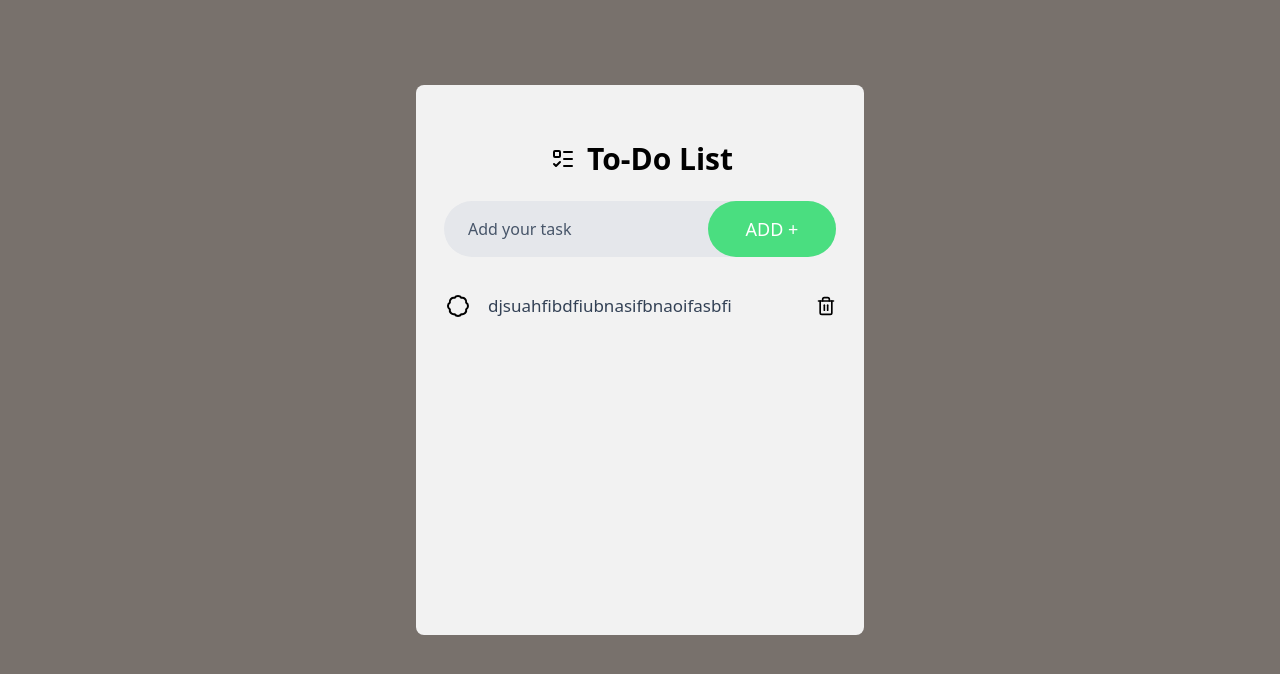
Repository: guilhermecardoso93/todolist-2025-tailwind
Page: /
An editor plug-in stored every save of this project. The page is shown before and after the next save, followed by the edit.
The browser window is 1280 px wide. The pictures show the whole page.
The project was rebuilt for these pictures with package versions that can differ from the ones it lists, and the page was loaded fresh each time. Also part of the build but not shown: vite.config.js.

Above is the page before, as saved 2024-11-07 20:15:09.

### index.html
<!doctype html>
<html lang="en">
  <head>
    <meta charset="UTF-8" />
    <meta name="viewport" content="width=device-width, initial-scale=1.0" />
    <title>ToDo List</title>
  </head>
  <body>
    <div id="root"></div>
    <script type="module" src="/src/main.jsx"></script>
  </body>
</html>

### src/App.jsx
import "./App.css";
import { ToDo } from "./components/ToDo";

export function App() {
  return (
    <div className="bg-stone-500 grid py-4 min-h-screen">
      <ToDo />
    </div>
  );
}

### src/components/ToDo.jsx
import { ListTodo } from "lucide-react";
import { Item } from "./Item";

export function ToDo() {
  return (
    <div className="bg-[#f2f2f2] place-self-center w-11/12 max-w-md flex flex-col p-7 min-h-[550px] rounded-lg gap-4">
      <div className="flex items-center mt-7 gap-2 flex flex-row justify-center">
        <ListTodo className="w-8" />
        <h1 className="text-3xl font-semibold">To-Do List</h1>
      </div>

      <div className="flex items-center my-2 bg-gray-200 rounded-full">
        <input
          type="text"
          placeholder="Add your task"
          className="bg-transparent border-0 outline-none flex-1 h-14 pl-6 pr-2 placeholder:text-slate-600"
        />
        <button className="border-none rounded-full bg-green-400 w-32 h-14 text-white text-lg font-medium cursor-pointer">
          ADD +
        </button>
      </div>
      <div className="">
        <Item />
      </div>
    </div>
  );
}

### src/components/Item.jsx
import { Badge, BadgeCheck, Trash2 } from "lucide-react";

export function Item() {
  return (
    <div className="flex items-center my-3 gap-2">
      <div className="flex flex-1 items-center cursor-pointer">
        <Badge className="w-7" />
        <p className="text-slate-700 ml-4 text-[17px]">
          djsuahfibdfiubnasifbnaoifasbfi
        </p>
      </div>
      <Trash2 className="hover:text-red-600 w-5 cursor-pointer" />
    </div>
  );
}

Loaded but not shown: src/main.jsx (common file); src/index.css (common file); tailwind.config.js (common file); src/App.css (no stored copy; drawn as an empty file)

After the next save:
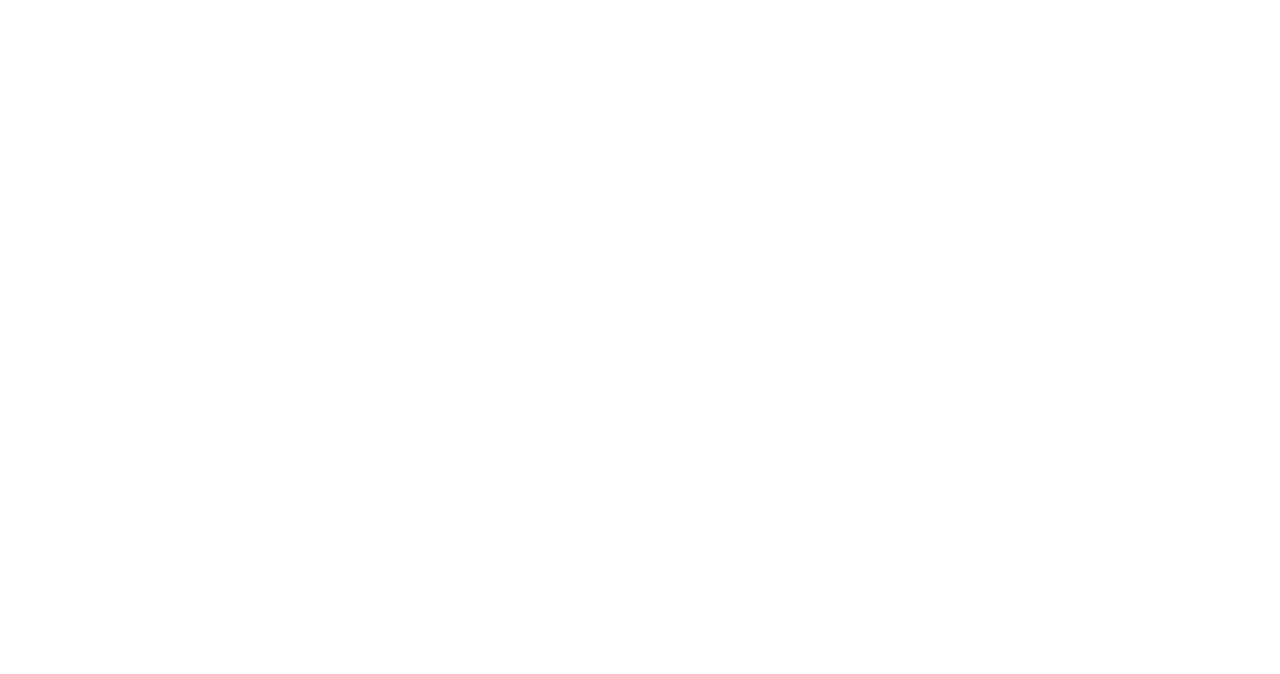
Console error: ReferenceError: text is not defined
Saved 30 s later.
--- a/src/components/Item.jsx
+++ b/src/components/Item.jsx
@@ -6,7 +6,7 @@
       <div className="flex flex-1 items-center cursor-pointer">
         <Badge className="w-7" />
         <p className="text-slate-700 ml-4 text-[17px]">
-          djsuahfibdfiubnasifbnaoifasbfi
+          {text}
         </p>
       </div>
       <Trash2 className="hover:text-red-600 w-5 cursor-pointer" />

After the save that followed:
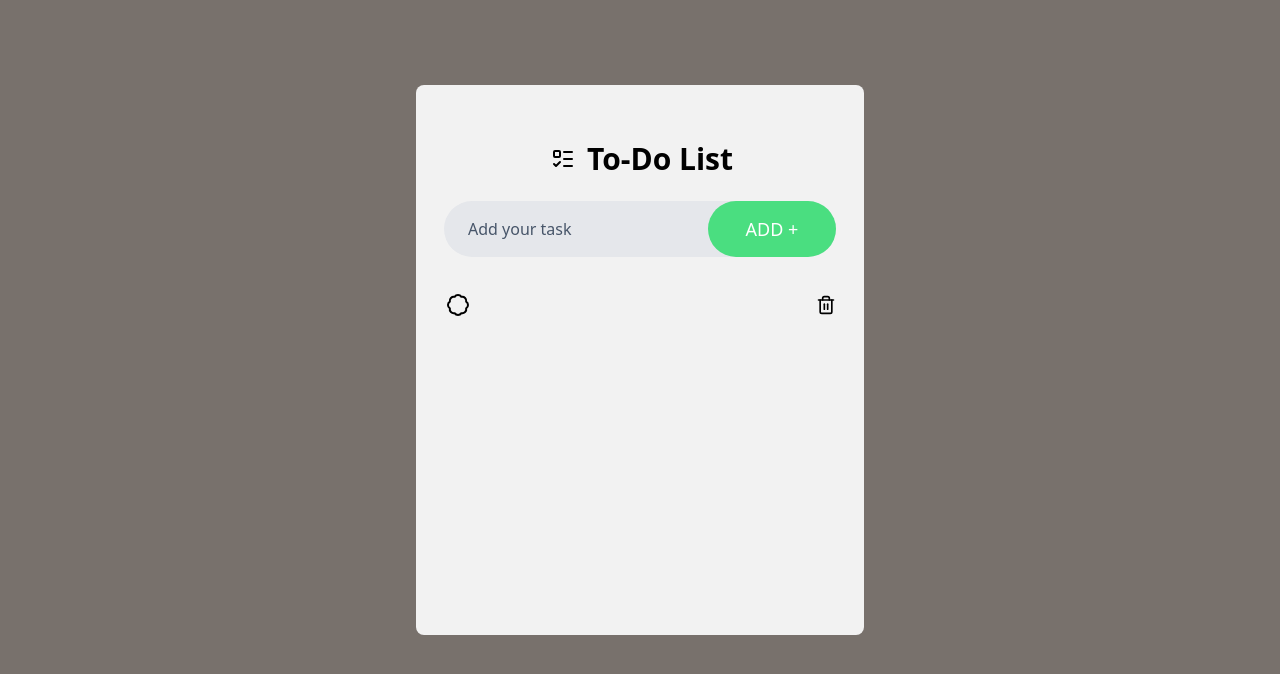
The error is gone.
Saved 6 s later.
--- a/src/components/Item.jsx
+++ b/src/components/Item.jsx
@@ -1,13 +1,11 @@
 import { Badge, BadgeCheck, Trash2 } from "lucide-react";
 
-export function Item() {
+export function Item({text}) {
   return (
     <div className="flex items-center my-3 gap-2">
       <div className="flex flex-1 items-center cursor-pointer">
         <Badge className="w-7" />
-        <p className="text-slate-700 ml-4 text-[17px]">
-          {text}
-        </p>
+        <p className="text-slate-700 ml-4 text-[17px]">{text}</p>
       </div>
       <Trash2 className="hover:text-red-600 w-5 cursor-pointer" />
     </div>
